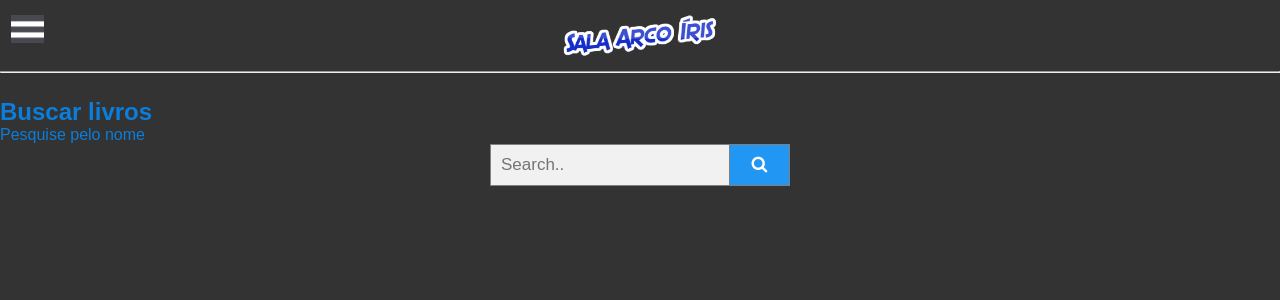
Repository: yuriandreisilva/projeto-individual-senai
Page: SalaArcoIris/WebContent/pages/listaLivros.html
The author's editor kept a copy of each file at every save. The page is drawn from the files as they stood at one save, then again after the next save.
The browser window is 1280 px wide. The pictures show the whole page.

Above is the page before, as saved 2020-12-12 12:49:38.

### SalaArcoIris/WebContent/pages/listaLivros.html
<!DOCTYPE html>
<html lang="pt-br">
<head>
	<meta charset="UTF-8">
	<meta name="description" content="Sala Arco Iris - Biblioteca">
	<meta name="keywords" content="Livros">
	<meta name="author" content="Yuri Andrei da Silva">
	<meta name="viewport" content="width=device-width, initial-scale=1.0">
	<title> Lista Livros - Sala Arco Íris</title>
	<link rel="stylesheet" href="../css/menuFixo.css">
	<link rel="stylesheet" href="../css/listaBusca.css">
	<script src="https://code.jquery.com/jquery-3.5.1.min.js" integrity="sha256-9/aliU8dGd2tb6OSsuzixeV4y/faTqgFtohetphbbj0=" crossorigin="anonymous"></script>
	<link rel="stylesheet" href="https://cdnjs.cloudflare.com/ajax/libs/font-awesome/4.7.0/css/font-awesome.min.css">
	<script src="../js/menuFixo.js"></script>

</head>
<body>

<header>
<!-- jquery -->
</header>

<div class="corpo">

<h2>Buscar livros</h2>

<p>Pesquise pelo nome</p>
<form class="example" action="" style="margin:auto;max-width:300px">
  <input type="text" placeholder="Search.." name="search2">
  <button type="submit"><i class="fa fa-search"></i></button>
</form>
</div>


</body>
</html>

### SalaArcoIris/WebContent/css/menuFixo.css
*{
	margin: 0;
	padding: 0;

}

:root{
	--cor_detalhes: #050542;
	--cor_fundo: #333;
	--letra_padrao: "Montserrant", sans-serif;
}

body {
	background: var(--cor_fundo);
}

#check {
	display: none;
}

#icone {
	margin: -4px;
	top: 4px;
	cursor:pointer;
	padding: 15px;
	position: absolute;
	z-index: 1;
	align: center;
}

.barra{
	background-color: #333;
	height: 100%;
	width: 300px;
	position: absolute;
	transition: all .2s linear;
	left: -300px;
}

nav{
	width: 100%;
	position: absolute;
	top: 60px;
}

nav a{
	text-decoration: none;

}

.link, .linkSair{
	background-color: #494950;
	padding: 20px;
	font-family: "Arial";
	font-size: 12pt;
	transition: all .2s linear;
	color: #f4f4f9;
	border-bottom:2px solid #222;
	opacity: 0;
	margin-top: 200px;

}

.linkSair{
	position: absolute;
	top: 500px;
	width: 86.2%;
	transition: all .2s linear;
}

.link:hover, .linkSair:hover{
	background-color: #050542;

}

#check:checked ~ .barra{
	transform: translateX(300px);
	border-right: 1px solid;
	border-color: #fff;
}

#check:checked ~ .logo {
	margin-left: 300px;
}

.corpo-menor {
	margin-left: 300px !important;

}



.logo img {
	display: block;
    margin-left: auto;
    margin-right: auto;
    width: 14%;


}


#check:checked ~ .icons{
	visibility: hidden;

}

body .corpo {
	height: 535px;
	margin-top: 2%;
}



#check:checked ~ .barra nav a .link, .barra nav a .linkSair {
	opacity: 1;
	margin-top: 0;

}

### SalaArcoIris/WebContent/css/listaBusca.css
body {
  font-family: Arial;
}

* {
  box-sizing: border-box;
}

form.example input[type=text] {
  padding: 10px;
  font-size: 17px;
  border: 1px solid grey;
  float: left;
  width: 80%;
  background: #f1f1f1;
}

form.example button {
  float: left;
  width: 20%;
  padding: 10px;
  background: #2196F3;
  color: white;
  font-size: 17px;
  border: 1px solid grey;
  border-left: none;
  cursor: pointer;
}

form.example button:hover {
  background: #0b7dda;
}

form.example::after {
  content: "";
  clear: both;
  display: table;
}

h2, p {
	color: #0b7dda;
	align-text: center;
}

### SalaArcoIris/WebContent/js/menuFixo.js
$(document).ready(function(){
	$("header").load("/SalaArcoIris/pages/fix/menuFixo.html", function() {
		$("#check").change(function() {
			if(this.checked) {
			   $(".corpo").addClass("corpo-menor");
			}else{
			   $(".corpo").removeClass("corpo-menor");
			}
		});
	});
});

### SalaArcoIris/WebContent/pages/fix/menuFixo.html
<input type="checkbox" id="check">
<label id="icone" for="check"><img src="../imgs/icone_menu.jpg"></label>


<div class="barra">
	<nav>
		<a href="http://localhost:8080/SalaArcoIris/pages/home.html"><div class="link">Home</div></a>
		<a href=""><div class="link">Empréstimos</div></a>
		<a href="http://localhost:8080/SalaArcoIris/pages/listaLivros.html"><div class="link">Livros</div></a>
		<a href="http://localhost:8080/SalaArcoIris/pages/listaAlunos.html"><div class="link">Alunos</div></a>
		<a href=""><div class="link">Relatórios</div></a>
		<a href="http://localhost:8080/SalaArcoIris/index.html"><div class="linkSair">Sair</div></a>
	</nav>
</div>

<div class="logo">
 	<img src="../imgs/logo.png"></label>
	<hr>
</div>

After the next save:
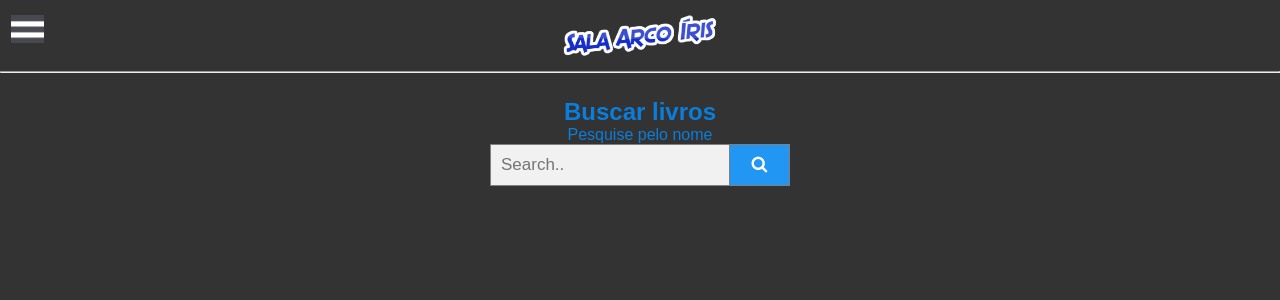
Saved 5 min 8 s later.
--- a/SalaArcoIris/WebContent/css/listaBusca.css
+++ b/SalaArcoIris/WebContent/css/listaBusca.css
@@ -39,5 +39,5 @@ form.example::after {
 
 h2, p {
 	color: #0b7dda;
-	align-text: center;
+	text-align:center;
 }
